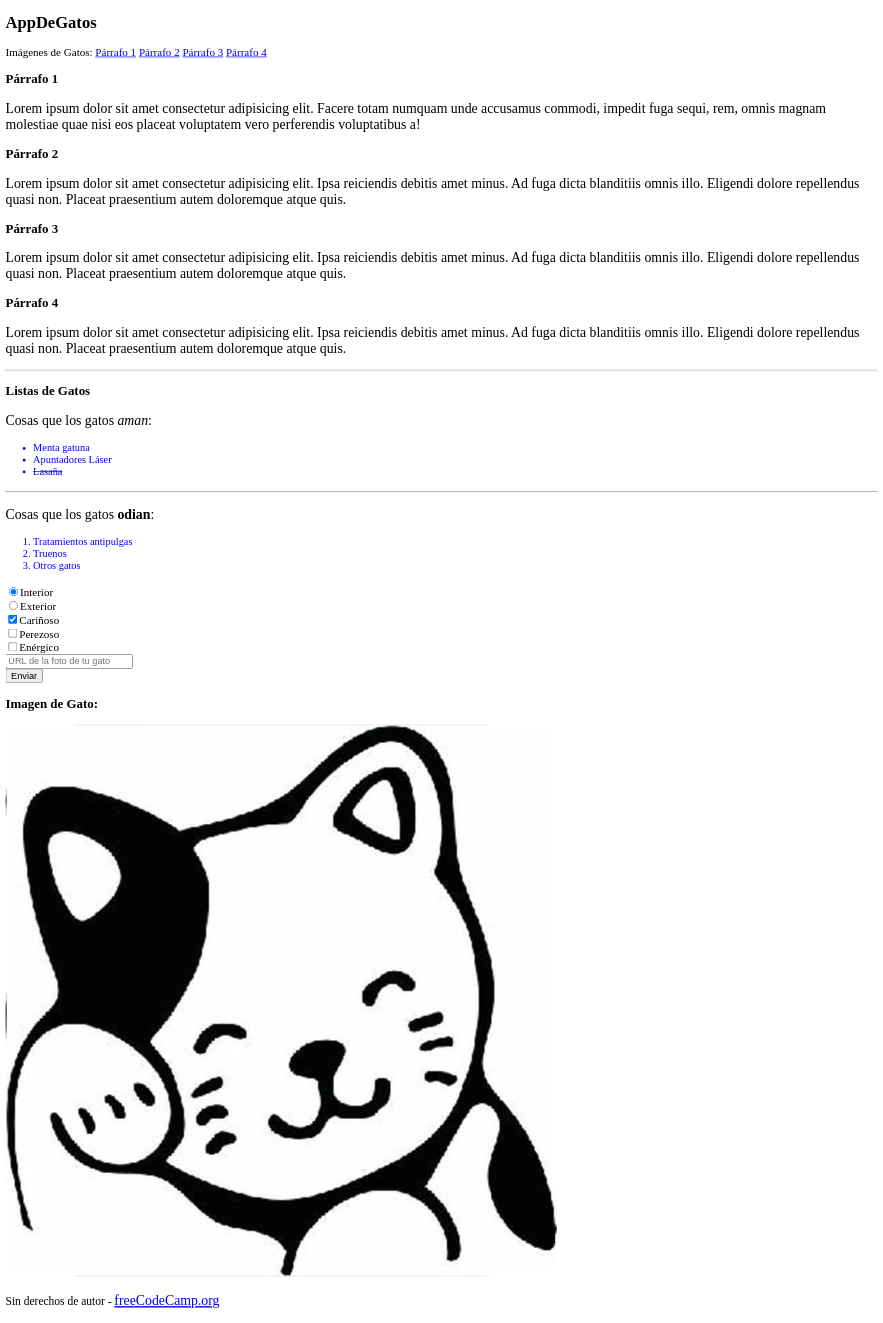
Repository: pedro-donoso/curso-html---css
Page: index.html
These files come from the project's save history. The page is drawn as it stood at one moment and after a run of saves; the edit follows.
The browser window is 1280 px wide. The pictures show the whole page, at 69% of full size.

Above is the page before, as saved 2023-11-14 01:43:23.

After the next 2 saves:
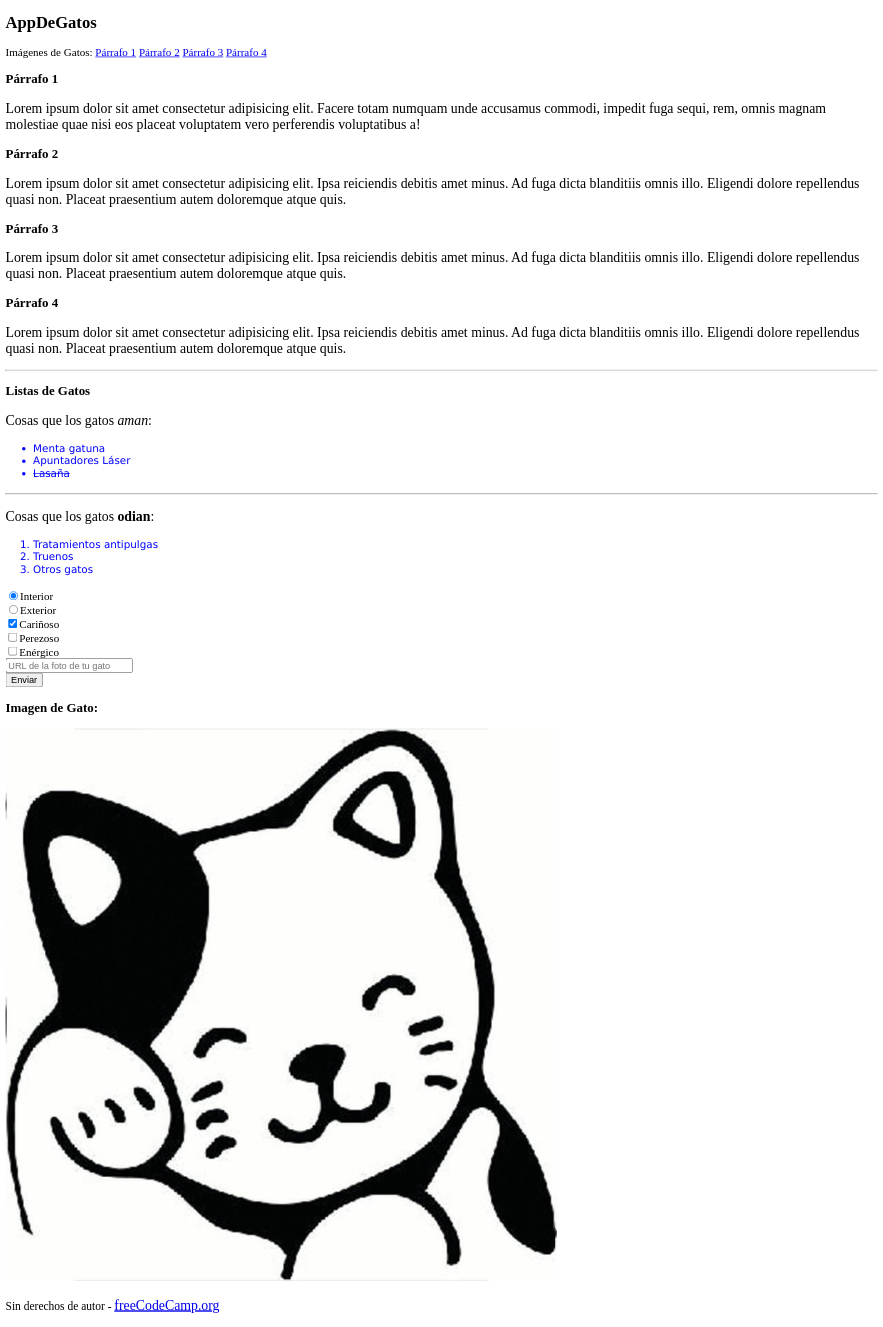
The 2 saves are shown as one change because they came seconds apart.
The last was saved 9 s later.
--- a/style.css
+++ b/style.css
@@ -7,5 +7,5 @@
 li {
   color: blue;
   font-size: 15px;
-  font-family: ;
+  font-family: Verdana, Geneva, Tahoma, sans-serif;
 }
